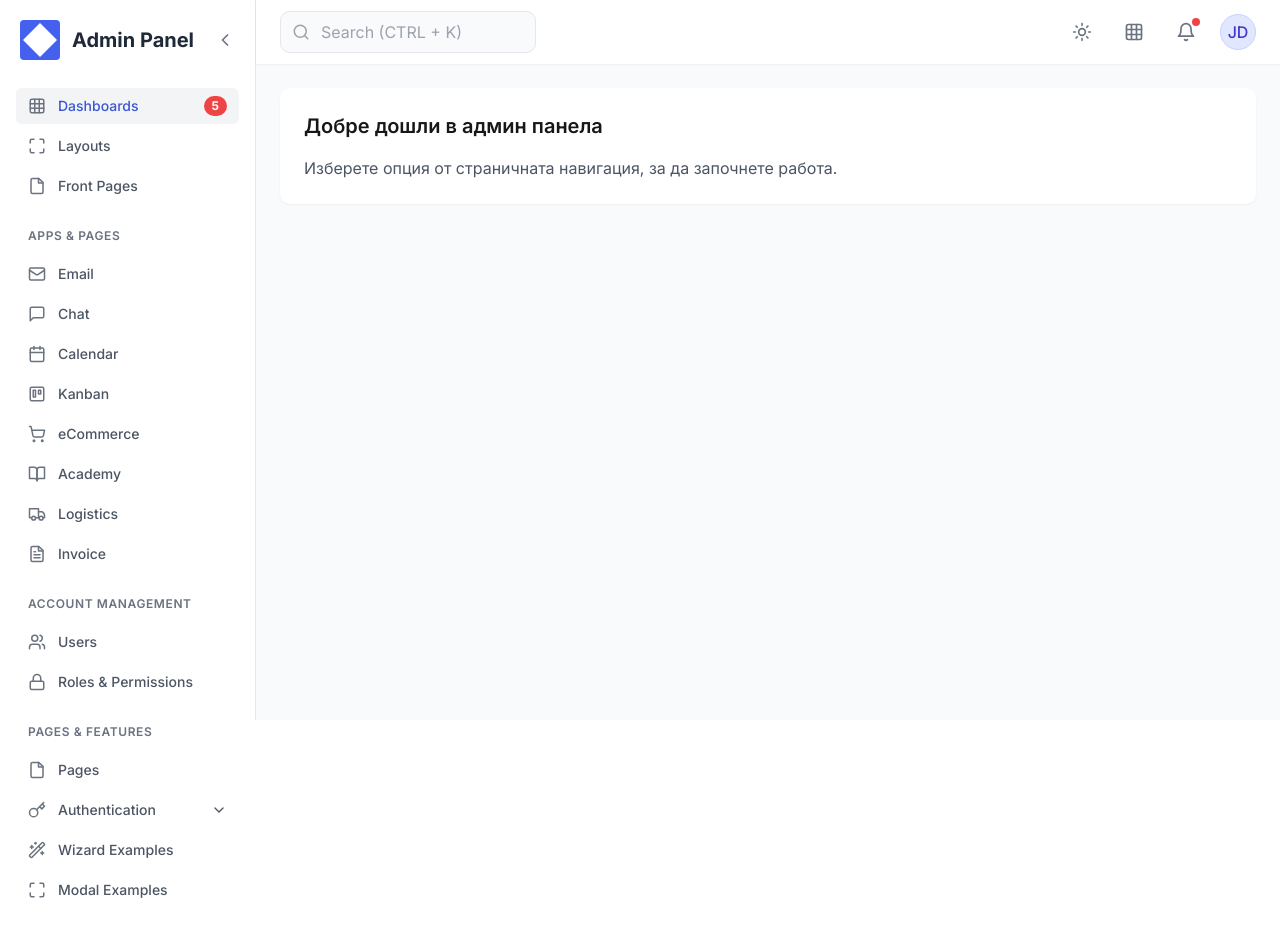
Repository: StoyanStoyanov1/DHS-Team
Page: / (app in dhs-admin-panel/)
These files come from the project's save history. The page is drawn as it stood at one moment and after the next save; the edit follows.
The browser window is 1280 px wide. The pictures show the whole page.
The project was rebuilt for these pictures with package versions that can differ from the ones it lists, and the page was loaded fresh each time. The framework's server and built-in components were replaced by stand-ins that run in the browser. Also part of the build but not shown: dhs-admin-panel/next.config.ts.

Above is the page before, as saved 2025-04-23 08:47:01.

After the next save:
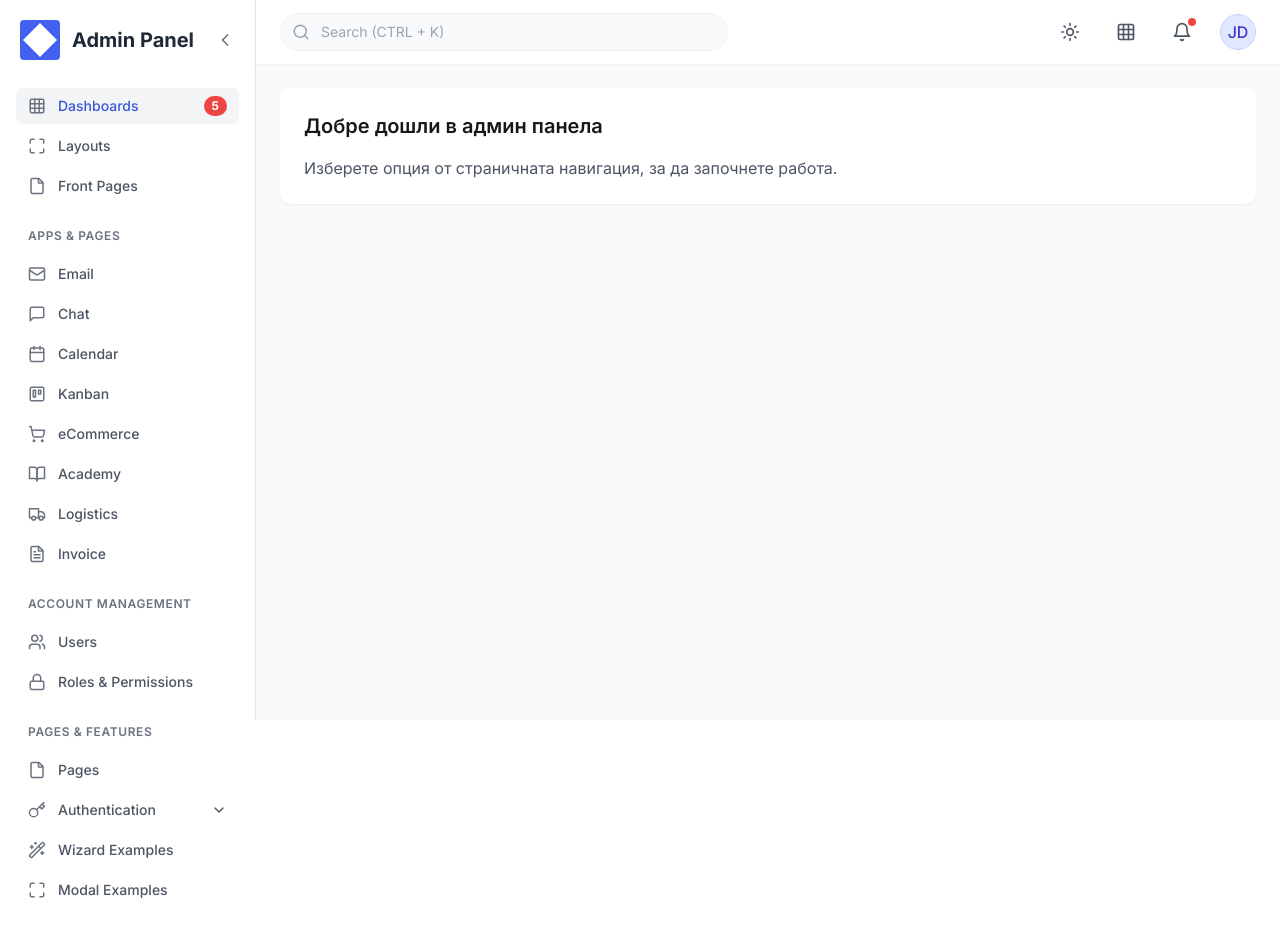
Saved 37 s later.
--- a/dhs-admin-panel/src/app/components/Header.tsx
+++ b/dhs-admin-panel/src/app/components/Header.tsx
@@ -8,35 +8,31 @@ const Header: React.FC = () => {
     return (
         <header className="bg-white shadow-sm h-16 flex items-center px-6">
             <div className="max-w-7xl mx-auto w-full flex items-center justify-between">
-                <div className="flex items-center">
-                    <div className="relative mr-4">
-                        <div className="relative flex items-center">
-                            <div className="absolute inset-y-0 left-0 pl-3 flex items-center pointer-events-none">
-                                <Search size={18} className="text-gray-400" />
-                            </div>
-                            <input
-                                type="text"
-                                placeholder="Search (CTRL + K)"
-                                className="w-64 pl-10 pr-4 py-2 border border-gray-200 bg-gray-50 rounded-lg focus:outline-none focus:ring-1 focus:ring-blue-500 focus:border-blue-500"
-                            />
-                        </div>
+                <div className="relative w-full max-w-md">
+                    <div className="absolute inset-y-0 left-3 flex items-center pointer-events-none">
+                        <Search size={18} className="text-gray-400" />
                     </div>
+                    <input
+                        type="text"
+                        placeholder="Search (CTRL + K)"
+                        className="w-full pl-10 pr-4 py-2 border border-gray-100 bg-gray-50 rounded-full focus:outline-none focus:ring-1 focus:ring-blue-500 focus:border-blue-500 text-sm"
+                    />
                 </div>
 
-                <div className="flex items-center space-x-4">
-                    <button className="text-gray-500 hover:text-gray-700 relative w-9 h-9 flex items-center justify-center rounded-full hover:bg-gray-100">
+                <div className="flex items-center space-x-5 ml-4">
+                    <button className="text-gray-600 hover:text-gray-800 relative w-9 h-9 flex items-center justify-center rounded-full hover:bg-gray-100">
                         <Sun size={20} />
                     </button>
-                    <button className="text-gray-500 hover:text-gray-700 relative w-9 h-9 flex items-center justify-center rounded-full hover:bg-gray-100">
+                    <button className="text-gray-600 hover:text-gray-800 relative w-9 h-9 flex items-center justify-center rounded-full hover:bg-gray-100">
                         <Grid size={20} />
                     </button>
                     <div className="relative">
-                        <button className="text-gray-500 hover:text-gray-700 relative w-9 h-9 flex items-center justify-center rounded-full hover:bg-gray-100">
+                        <button className="text-gray-600 hover:text-gray-800 relative w-9 h-9 flex items-center justify-center rounded-full hover:bg-gray-100">
                             <Bell size={20} />
                         </button>
                         <div className="absolute top-1 right-1 w-2 h-2 bg-red-500 rounded-full"></div>
                     </div>
-                    <div className="w-9 h-9 rounded-full bg-indigo-100 flex items-center justify-center text-indigo-700 font-medium border border-indigo-200">
+                    <div className="w-9 h-9 rounded-full bg-indigo-100 flex items-center justify-center text-indigo-700 font-medium cursor-pointer border border-indigo-200">
                         JD
                     </div>
                 </div>
